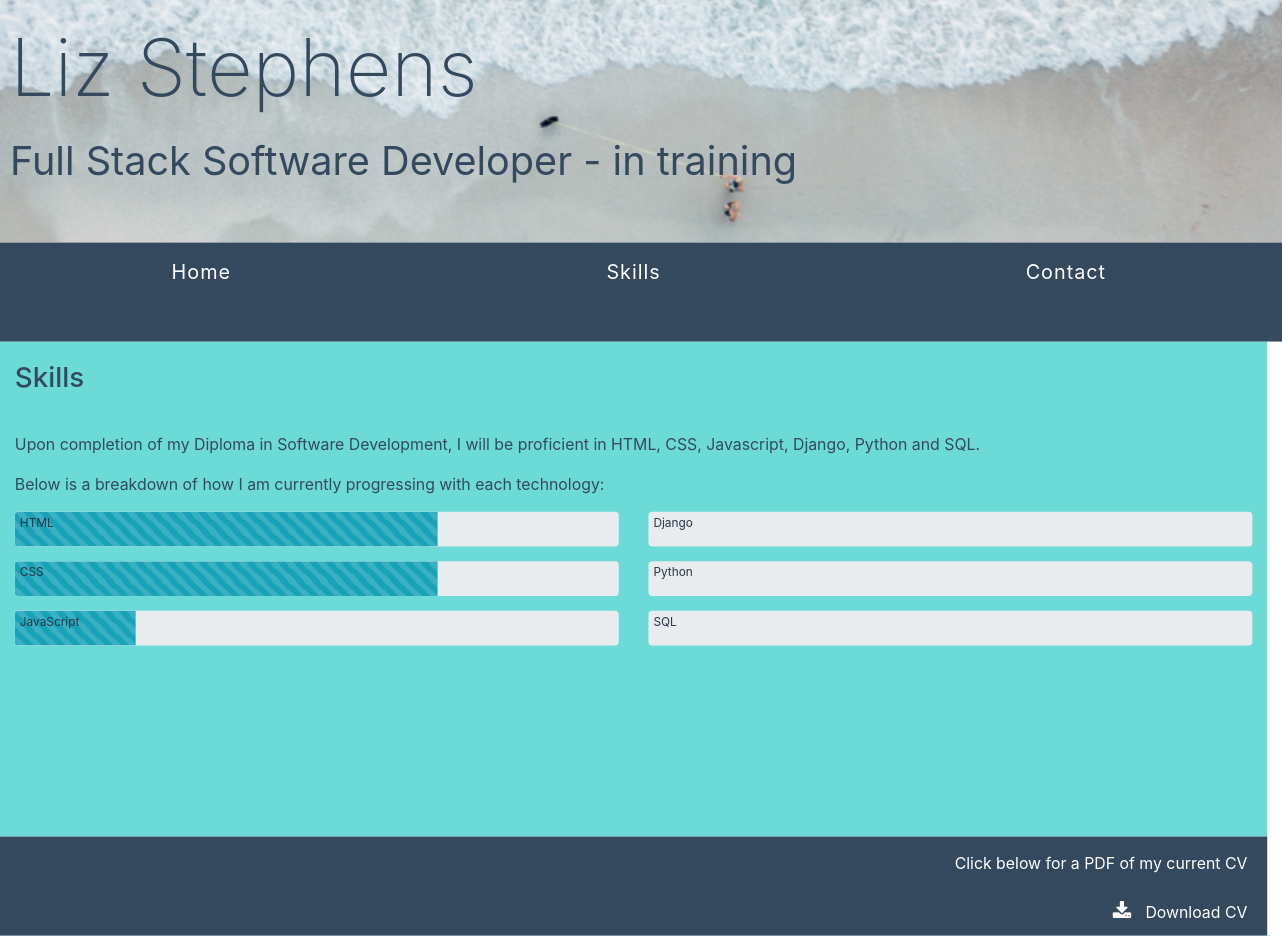
Repository: Liz94688/portfolio-site
Page: skills.html
The author's editor kept a record of every edit. The page is drawn from the files as they stood at one moment, then again after the next edit.
The browser window is 1280 px wide. The page is 1295 px wide, so the pictures cover 1295 px, including what lies to the right of the window. The pictures show the whole page, at 99% of full size.

Above is the page before.

### skills.html
<!DOCTYPE html>
<html lang="en">

<head>
    <meta charset="UTF-8">
    <meta name="viewport" content="width=device-width, initial-scale=1.0">
    <meta http-equiv="X-UA-Compatible" content="ie=edge">
    <link rel="stylesheet" href="https://stackpath.bootstrapcdn.com/bootstrap/4.3.1/css/bootstrap.min.css" type="text/css" />
    <link rel="stylesheet" href="https://stackpath.bootstrapcdn.com/font-awesome/4.7.0/css/font-awesome.min.css" type="text/css" />
    <link rel="stylesheet" href="assets/css/style.css" type="text/css" />
    <title>Liz Stephens Portfolio - Full Stack Web Developer</title>
</head>

<body>
    <header>
        <div class="row header-image">
            <div class="col">
                <h1 class="header-name">Liz Stephens</h1>
                <h2 class="header-title">Full Stack Software Developer - in training</h2>
            </div>
        </div>
        <div class="row header-nav">
            <div class="col">
                <ul id="nav" class="list-inline header-nav-container">
                    <li class="col-sm-4 header-nav-color-home header-nav-item list-inline-item">
                        <a href="#"><span>Home</span></a>
                    </li>
                    <li class="col-sm-4 header-nav-color-skills header-nav-item list-inline-item">
                        <a href="#"><span>Skills</span></a>
                    </li>
                    <li class="col-sm-4 header-nav-color-contact header-nav-item list-inline-item">
                        <a href="#"><span>Contact</span></a>
                    </li>
                </ul>
            </div>
        </div>
        </div>
    </header>

    <section id="skills" class="container-fluid skills-container">
        <div class="row">

            <div class="col-12 skills-title">
                <h3>
                    Skills
                </h3>
            </div>

            <div class="col-12">
                <p>Upon completion of my Diploma in Software Development, I will be proficient in HTML, CSS, Javascript, Django, Python and SQL.</p>
                <p>Below is a breakdown of how I am currently progressing with each technology:</p>
            </div>

            <div class="col-12 col-md-6 progress-bars">
                <div class="progress">
                    <div class="progress-bar-animated progress-bar-striped bg-info" role="progressbar" style="width: 70%" aria-valuenow="70" aria-valuemin="0" aria-valuemax="100">
                        <span class="sr-only ">70% complete</span>
                    </div>
                    <span class="progress-type ">HTML</span>
                </div>
                <div class="progress">
                    <div class="progress-bar-animated progress-bar-striped bg-info " role="progressbar " style="width: 70% " aria-valuenow="70 " aria-valuemin="0 " aria-valuemax="100 ">
                        <span class="sr-only ">70% complete</span>
                    </div>
                    <span class="progress-type ">CSS</span>
                </div>
                <div class="progress">
                    <div class="progress-bar-animated progress-bar-striped bg-info " role="progressbar " style="width: 20% " aria-valuenow="20 " aria-valuemin="0 " aria-valuemax="100 ">
                        <span class="sr-only ">20% complete</span>
                    </div>
                    <span class="progress-type">JavaScript</span>
                </div>
            </div>

            <div class="col-12 col-md-6 progress-bars">
                <div class="progress">
                    <div class="progress-bar-animated progress-bar-striped bg-info " role="progressbar " style="width: 0% " aria-valuenow="0 " aria-valuemin="0 " aria-valuemax="100 ">
                        <span class="sr-only ">0% complete</span>
                    </div>
                    <span class="progress-type ">Django</span>
                </div>
                <div class="progress ">
                    <div class="progress-bar-animated progress-bar-striped bg-info " role="progressbar " style="width: 0% " aria-valuenow="0 " aria-valuemin="0 " aria-valuemax="100 ">
                        <span class="sr-only ">0% complete</span>
                    </div>
                    <span class="progress-type ">Python</span>
                </div>
                <div class="progress ">
                    <div class="progress-bar-animated progress-bar-striped bg-info " role="progressbar " style="width: 0% " aria-valuenow="0 " aria-valuemin="0 " aria-valuemax="100 ">
                        <span class="sr-only ">0% complete</span>
                    </div>
                    <span class="progress-type ">SQL</span>
                </div>
            </div>
        </div>
    </section>

    <footer class="container-fluid">
        <div class="row footer-nav">
            <div class="col footer-nav-item">
                <p>Click below for a PDF of my current CV</p>
                <a href="./assets/Liz_CV.pdf" target="_blank"><i class="fa fa-download" aria-hidden="true"></i><span> Download CV </span></a>
            </div>
        </div>
    </footer>
</body>

</html>

### assets/css/style.css
@import url('https://fonts.googleapis.com/css?family=Montserrat&display=swap:100,200,300,400,500,600,700');

/*------------------------------Header*/

header {
    margin: 0;
    padding: 0;
}

.header-image {
    background-image: url('../images/welcome-view.jpg');
    background-position: center;
    background-repeat: no-repeat;
    background-size: cover;
    min-height: 240px;
    transition: all .5s ease-in-out;
    -moz-transition: all .5s ease-in-out;
    -webkit-transition: all .5s ease-in-out;
}

.header-name {
    font-weight: 200;
    font-size: 80px;
    color: #34495E;
    padding-top: 20px;
    padding-left: 25px;
}

.header-title {
    font-weight: 400;
    font-size: 40px;
    color: #34495E;
    padding-top: 15px;
    padding-bottom: 50px;
    padding-left: 25px;
}

/*------------------------------Header-Nav*/

.col {
    padding: 0;
}

li a {
    color: #fff;
    padding: 0;
    text-decoration: none;
}

.row {
    padding-bottom: 0;
}


.list-inline-item:not(:last-child) {
    margin: 0;
}

.header-nav-container {
    font-size: 0;
}

.col ul {
    margin-bottom: 0;
}

#nav li {
    padding: 0;
}

.header-nav-item {
    height: 100px;
    text-align: center;
}

.header-nav-item a {
    width: 100%;
    text-decoration: none;
    color: #fff;
}

.header-nav-item span {
    display: block;
    padding-top: 15px;
    font-size: 20px;
    letter-spacing: 1px;
}

/*------------------------------Navbar Colours/Background Colours*/

ul {
    background-color: #34495E;
}

.header-nav-color-home:hover {
    background-color: #4682B4;
}

.header-nav-color-skills:hover {
    background-color: #48D1CC;
}

.header-nav-color-contact:hover {
    background-color: #D98880;
}

.header-nav-color-home.active {
    background-color: #4682B4;
}

.header-nav-color-skills.active {
    background-color: #48D1CC;
}

.header-nav-color-contact.active {
    background-color: #D98880;
}

.home-bg-color {
    background-color: #4682B4;
}

/*------------------------------So far...*/

section {
    margin: 0;
    padding: 0;
}

.about-container {
    min-height: 500px;
    background-color: rgba(70, 130, 180, 0.8);
    color: #34495E;
    padding-bottom: 20px;
}

.so-far-title {
    padding-top: 20px;
    margin-bottom: 30px;
}

.so-far-title h3 {
    margin: 0;
}

.so-far-paragraph p {
    margin-bottom: 15px;
}

/*------------------------------Timeline*/

.timeline {
    position: relative;
    margin: 0 auto;
}

.timeline::after {
    content: '';
    position: absolute;
    width: 6px;
    background-color: #fff;
    top: 0;
    bottom: 0;
    left: 50%;
    margin-left: -2px;
}

.container {
    padding: 10px 20px;
    position: relative;
    background-color: #34495E;
    width: 50%;
    color: #fff;
    margin-left: 0;
}

.left {
    left: 0;
}

.right {
    left: 50%;
}

/*------------------------------Skills*/

.skills-container {
    margin: 0;
    min-height: 500px;
    background-color: rgba(72, 209, 204, 0.8);
    color: #34495E;
    padding-bottom: 20px;
}

.skills-title {
    padding-top: 20px;
    margin-bottom: 30px;
}

.skills-progression {
    margin-bottom: 30px;
}

.progress {
    height: 35px;
    margin-bottom: 15px;
    position: relative;
}

.progress-type {
    position: absolute;
    color: #283747;
    left: 0px;
    padding: 2px 30px 2px 5px;
}

/*------------------------------Contact Info*/

.contact-container {
    padding: 0;
    margin: 0;
    min-height: 500px;
    background-color: rgba(217, 136, 128, 0.8);
    color: #34495E;
    padding-bottom: 20px;
}

.contact-info {
    padding-top: 15px;
    margin-bottom: 20px;
}

.contact-details-title {
    margin-bottom: 20px;
}

.contact-details-itemised .key,
.contact-details-itemised .value {
    display: inline-block;
    padding-right: 10px;
}

.contact-details-itemised .key p,
.contact-details-itemised .value p {
    margin: 0
    ;
}

.contact-details-itemised .key {
    width: 30%;
}

.contact-details-itemised .value {
    position: relative;
    width: 60%;
}


/*------------------------------Contact Form*/

.contact-form {
    padding-top: 15px;
}

.contact-groups {
    padding: 0;
}

form {
    margin: 5px;
}

/*------------------------------Footer*/

footer {
    min-height: 100px;
    margin: 0;
    padding: 0;
}

.footer-nav {
    background-color: #34495E;
}

.footer-nav-item {
    height: 100px;
    text-align: right;
    padding: 15px 20px;
    color: #fff;
}

.footer-nav-item a {
    text-decoration: none;
    color: #fff;
}

.footer-nav-item a i {
    font-size: 20px;
    padding: 10px;
}


/*------------------------------IGNORE - TO DELETE*/

After the next edit:
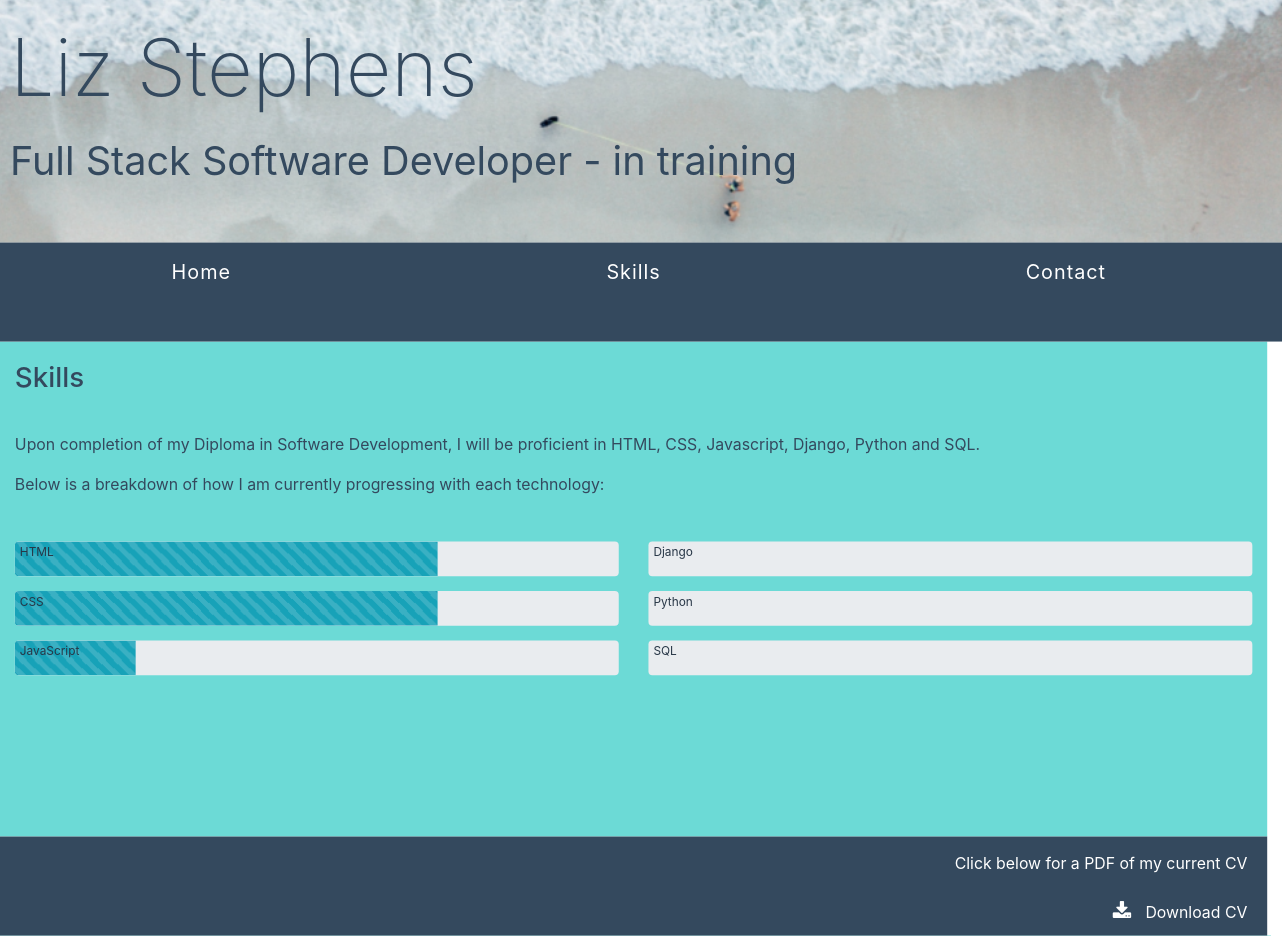
The edit:
--- a/skills.html
+++ b/skills.html
@@ -46,7 +46,7 @@
                 </h3>
             </div>
 
-            <div class="col-12">
+            <div class="col-12 skills-progression">
                 <p>Upon completion of my Diploma in Software Development, I will be proficient in HTML, CSS, Javascript, Django, Python and SQL.</p>
                 <p>Below is a breakdown of how I am currently progressing with each technology:</p>
             </div>
